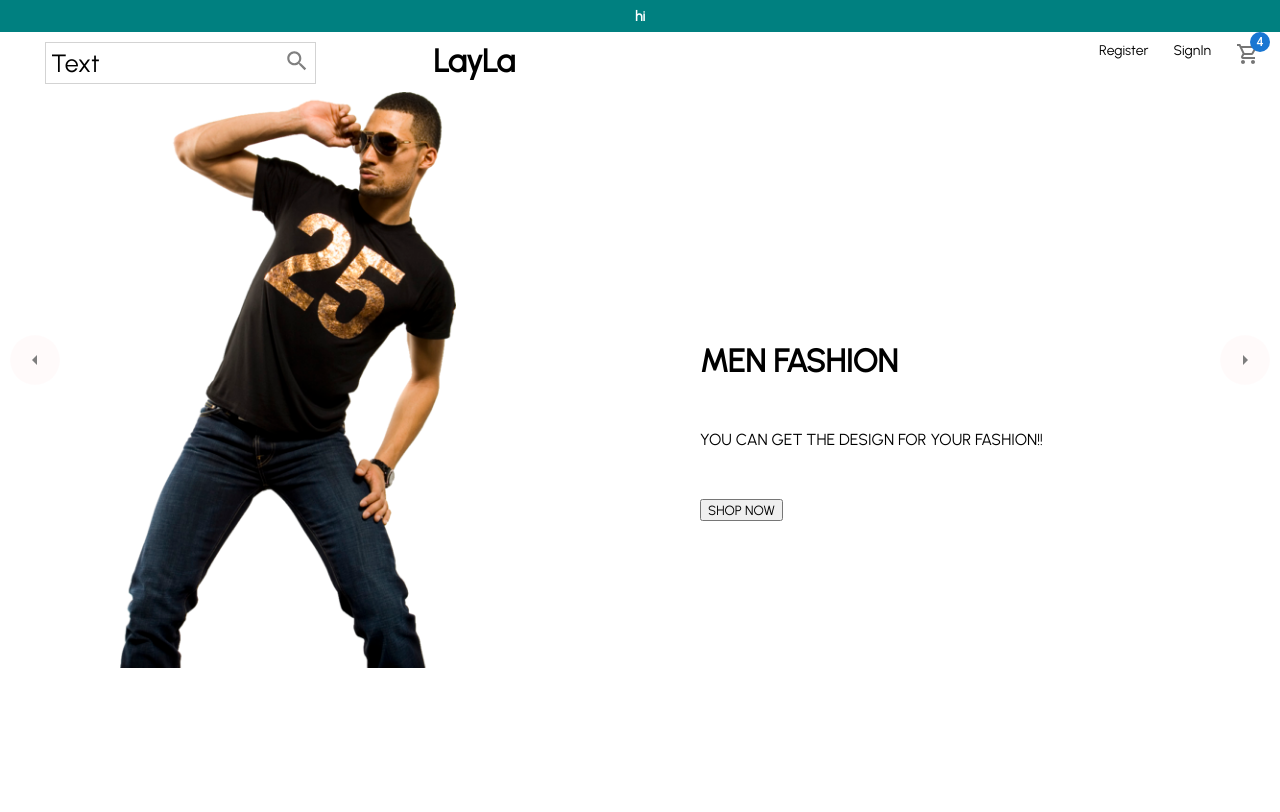
Repository: WaiMaungMaung/React_Ecom
Page: /
An editor plug-in stored every save of this project. The page is shown before and after the next save, followed by the edit.
The browser window is 1280 px wide. The pictures show the whole page.
The project was rebuilt for these pictures with package versions that can differ from the ones it lists, and the page was loaded fresh each time.

Above is the page before, as saved 2022-05-06 13:40:26.

### public/index.html
<!DOCTYPE html>
<html lang="en">
  <head>
    <meta charset="utf-8" />
    <link rel="icon" href="%PUBLIC_URL%/favicon.ico" />

    <link
      href="https://fonts.googleapis.com/css2?family=Urbanist&display=swap"
      rel="stylesheet"
    />

    <style>
      * {
        margin: 0;
        font-family: "Urbanist", sans-serif;
      }
    </style>
    <title>React App</title>
  </head>
  <body>
    <noscript>You need to enable JavaScript to run this app.</noscript>
    <div id="root"></div>
  </body>
</html>

### src/pages/Home.jsx
import React from "react";
import Announcements from "../components/Announcements";
import NavBar from "../components/NavBar";
import Slider from "../components/Slider";
const Home = () => {
  return (
    <div>
      <Announcements />

      <NavBar />
      <Slider />
    </div>
  );
};

export default Home;

### src/components/Announcements.jsx
import styled from "@emotion/styled";
const Container = styled.div`
  background-color: teal;
  height: 32px;
  display: flex;
  align-items: center;
  justify-content: center;
  color: white;
  font-size: 14px;
  font-weight: bold;
`;

const Announcements = () => {
  return <Container>hi</Container>;
};

export default Announcements;

### src/components/NavBar.jsx
import { Search, ShoppingCartOutlined } from "@material-ui/icons";
import React from "react";
import styled from "styled-components";
import { Badge } from "@mui/material";
const Container = styled.div`
  height: 60px;
`;

const Wrapper = styled.div`
  padding: 10px 20px;
  align-item: center;
  display: flex;
  justify-content: space-between;
`;

const SearchContainer = styled.div`
  border: 0.5px solid lightgray;
  margin-left: 25px;
  display: flex;
  align-item: center;
  padding: 5px;
`;
const Input = styled.input`
  border: none;
  margin-left: 20px;
  font-size: 14px;
`;

const Language = styled.span`
  font-size: 25px;
  cursor: pointer;
`;
const Left = styled.div`
  flex: 1;
  display: flex;
`;

const Center = styled.div`
  flex: 1;
`;

const Logo = styled.h1`
  font-weight: bold;
`;

const MenuItem = styled.div`
  font-size: 14px;
  cursor: pointer;
  align-item: center;
  margin-left: 25px;
`;
const Right = styled.div`
  flex: 1;
  display: flex;
  align-item: center;
  justify-content: flex-end;
`;
const NavBar = () => {
  return (
    <Container>
      <Wrapper>
        <Left>
          <SearchContainer>
            <Language>Text</Language>
            <Input />
            <Search style={{ color: "grey", fontSize: "26px" }} />
          </SearchContainer>
        </Left>
        <Center>
          <Logo>LayLa</Logo>
        </Center>
        <Right>
          <MenuItem>Register</MenuItem>
          <MenuItem>SignIn</MenuItem>

          <MenuItem>
            <Badge badgeContent={4} color="primary">
              <ShoppingCartOutlined color="action" />
            </Badge>
          </MenuItem>
        </Right>
      </Wrapper>
    </Container>
  );
};

export default NavBar;

### src/components/Slider.jsx
import styled from "@emotion/styled";
import { ArrowLeftOutlined, ArrowRightOutlined } from "@material-ui/icons";
import React from "react";
import Clothes from "../img/clothes.png";
const Container = styled.div`
  width: 100%;
  height: 100vh;
  display: flex;
`;
const Arrow = styled.div`
  width: 50px;
  height: 50px;
  background-color: #fff7f7;
  border-radius: 50%;
  display: flex;
  align-items: center;
  justify-content: center;
  position: absolute;
  top: 0;
  bottom: 0;
  margin: auto;
  cursor: pointer;
  opacity: 0.5;
  left: ${(props) => props.direction === "left" && "10px"};
  right: ${(props) => props.direction === "right" && "10px"};
`;
const Slide = styled.div`
  display: flex;
  height: 100vh;
  width: 100vw;
  align-item: center;
`;

const Image = styled.img`
  height: 80%;
`;
const ImgContainer = styled.div`
  height: 100%;
  margin-left: 120px;
  flex: 1;
`;
const Wrapper = styled.div`
  height: 100%;
`;
const InfoContainer = styled.div`
  flex: 1;
  padding-top: 250px;
`;

const Title = styled.h1``;
const Desc = styled.p`
  margin: 50px 0;
`;
const Button = styled.button``;
const Slider = () => {
  return (
    <Container>
      <Arrow direction="left">
        <ArrowLeftOutlined />
      </Arrow>
      <Wrapper>
        <Slide>
          <ImgContainer>
            <Image src={Clothes} />
          </ImgContainer>
          <InfoContainer>
            <Title>MEN FASHION</Title>
            <Desc>YOU CAN GET THE DESIGN FOR YOUR FASHION!!</Desc>
            <Button>SHOP NOW</Button>
          </InfoContainer>
        </Slide>
      </Wrapper>

      <Arrow direction="right">
        <ArrowRightOutlined />
      </Arrow>
    </Container>
  );
};

export default Slider;

Loaded but not shown: src/index.js (common file); src/App.js (common file)

After the next save:
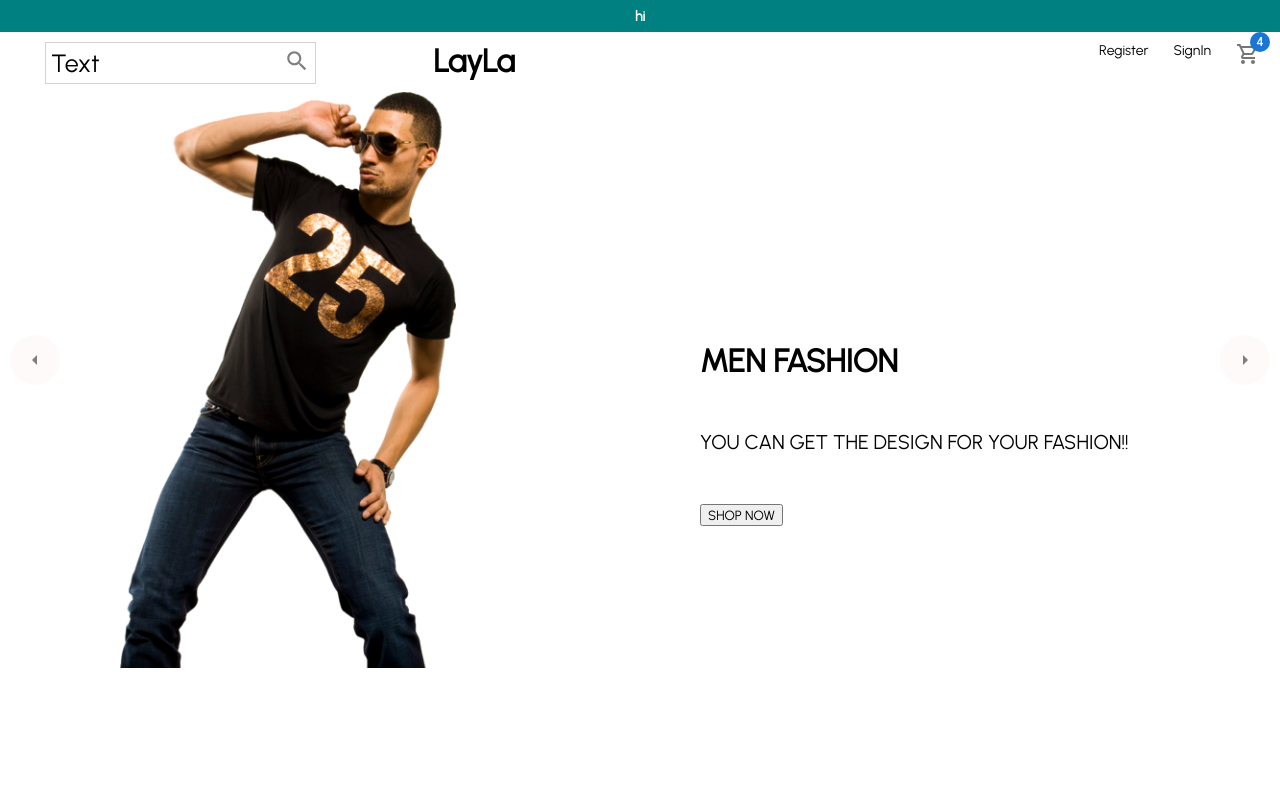
Saved 85 s later.
--- a/src/components/Slider.jsx
+++ b/src/components/Slider.jsx
@@ -50,6 +50,8 @@ const InfoContainer = styled.div`
 const Title = styled.h1``;
 const Desc = styled.p`
   margin: 50px 0;
+  font-size: 20px;
+  font-weight: 500;
 `;
 const Button = styled.button``;
 const Slider = () => {
